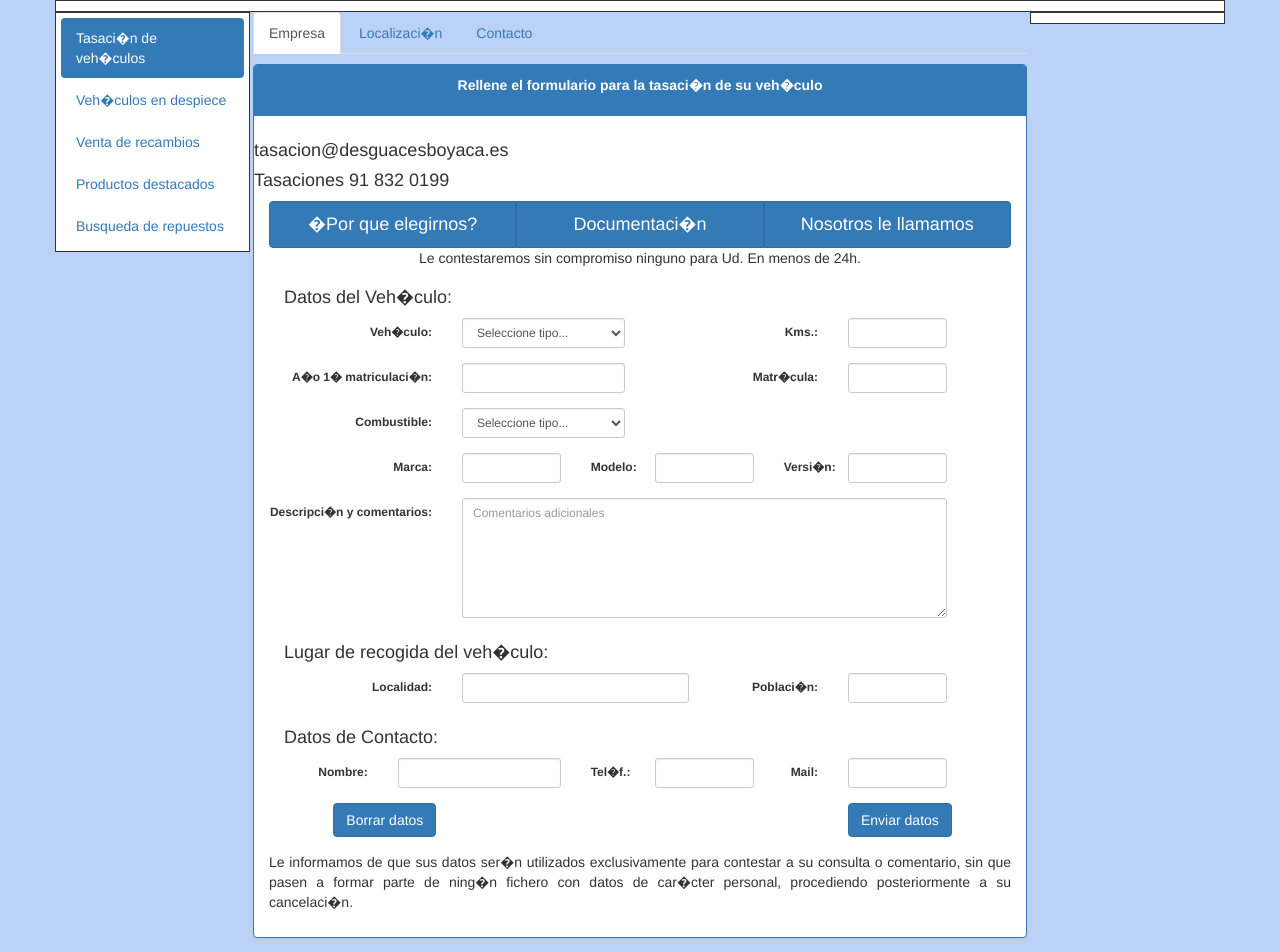
Repository: surrius/pruBoyaca
Page: http://localhost/
The author's editor kept a copy of each file at every save. The page is drawn from the files as they stood at one save, then again after the next save.
The browser window is 1280 px wide. The pictures show the part of the page from y = 0 to 952 px (the page is 2739 px tall before and 2749 px after).
The page is run by PHP 8.4 with error messages shown; the project is at /var/www/html/.

Above is the page before, as saved 2016-03-02 11:44:07.

After the next save:
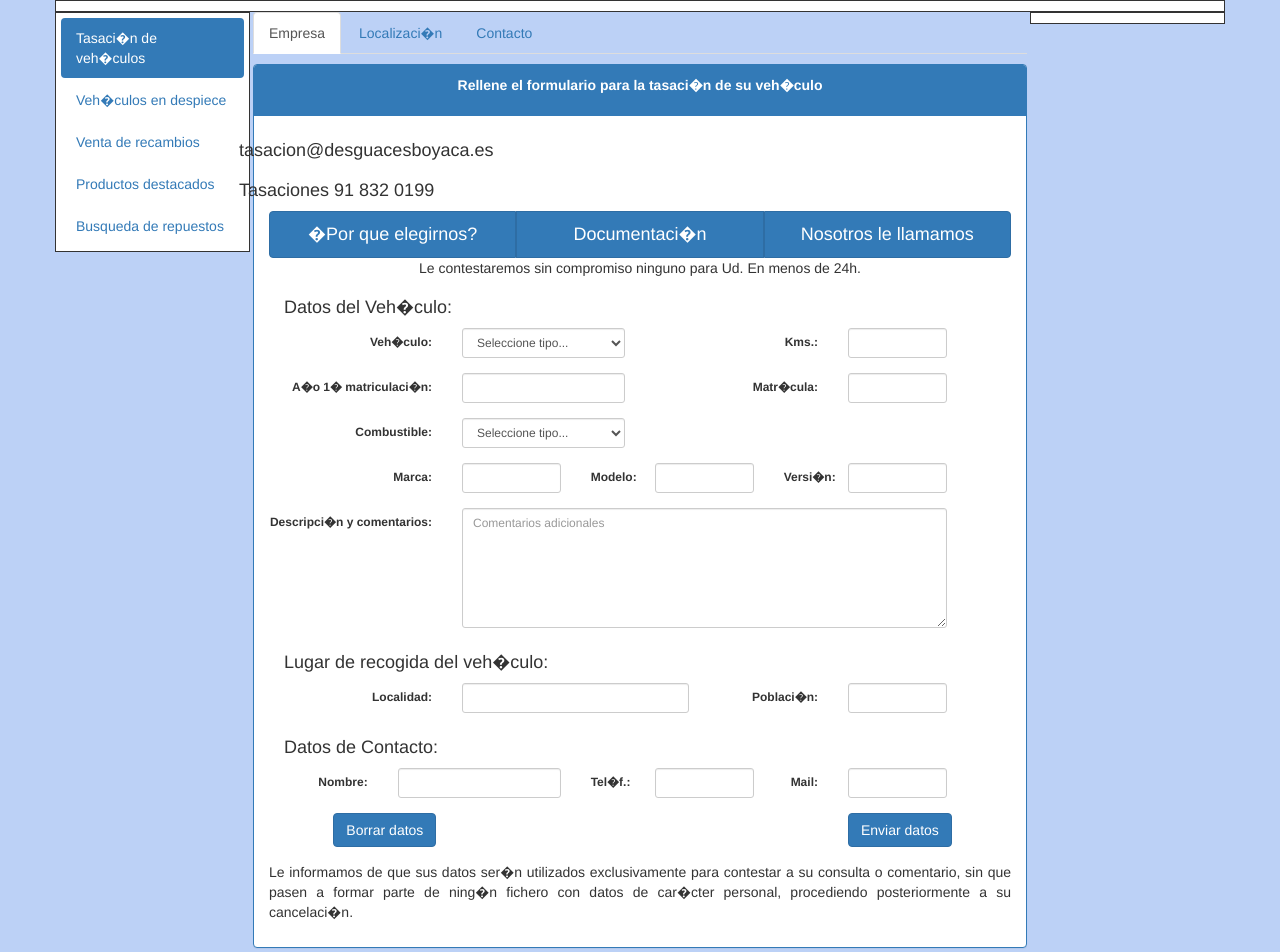
Saved 64 s later.
--- a/Boyaca/includes/menu2/tasacion.php
+++ b/Boyaca/includes/menu2/tasacion.php
@@ -6,8 +6,12 @@
 	</div>
 	<div class="panel-body">
 		<div class="row">
-			<h4>tasacion@desguacesboyaca.es</h4>
-			<h4>Tasaciones 91 832 0199</h4>
+			<div class="row">
+				<h4>tasacion@desguacesboyaca.es</h4>
+			</div>
+			<div class="row">
+				<h4>Tasaciones 91 832 0199</h4>
+			</div>
 		</div>
 
 		<!-- Botones de ayuda tasaciones -->
